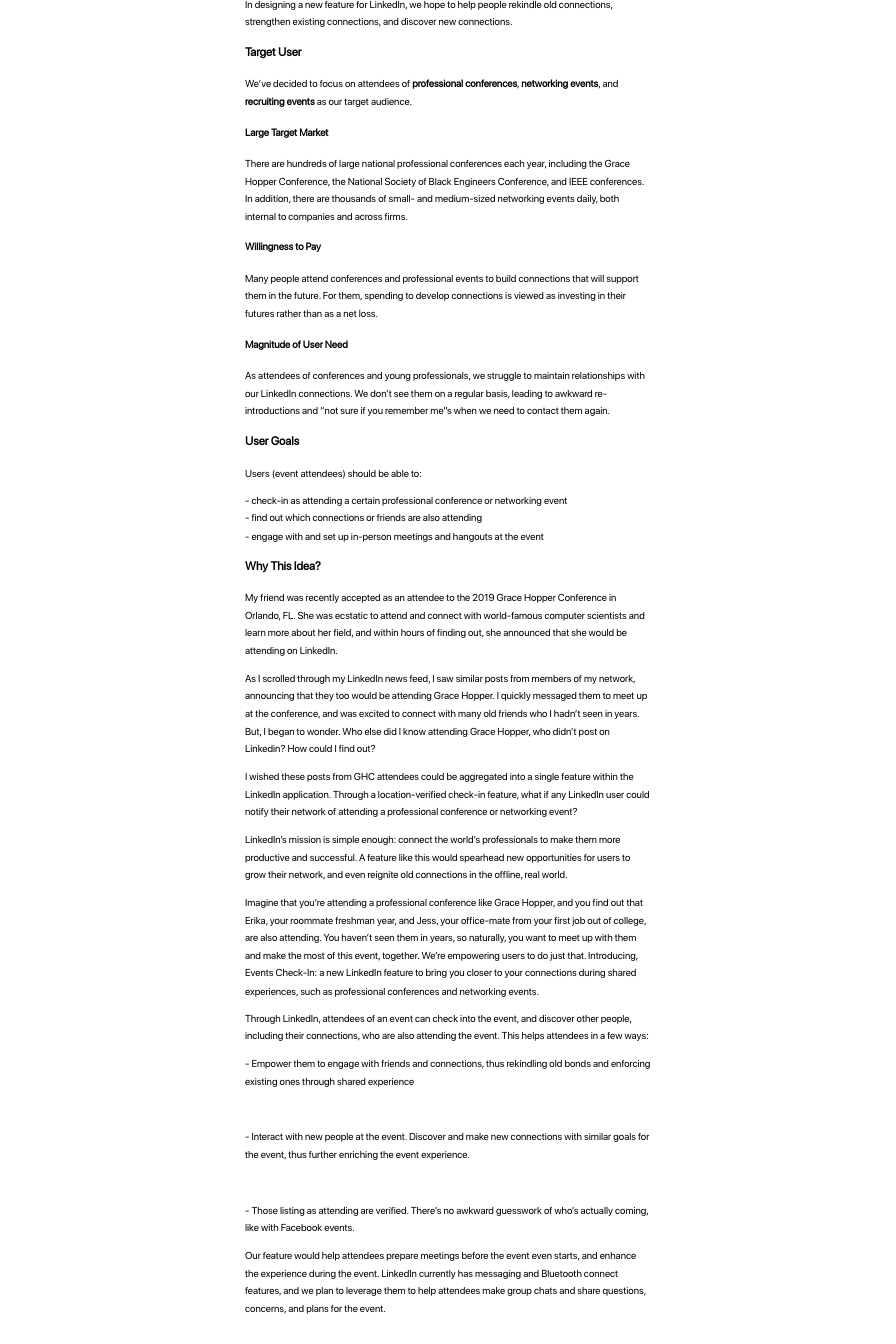
Repository: rdf004/rdf004.github.io
Page: /case1
An editor plug-in stored every save of this project. The page is shown before and after the next save, followed by the edit.
The browser window is 1280 px wide. The pictures show the part of the page from y = 884 to 2804 px (the page is 2804 px tall before and 2725 px after), at 70% of full size.
The project was rebuilt for these pictures with package versions that can differ from the ones it lists, and the page was loaded fresh each time. Also part of the build but not shown: src/Components/About.js, src/Components/Work.js, src/Components/Projects.js, src/Components/Design.js, src/Components/Books.js, src/Components/Resume.js.

Above is the page before, as saved 2019-11-20 21:31:32.

### public/index.html
<!DOCTYPE html>
<html lang="en">
  <head>
    <meta charset="utf-8" />
    <link rel="shortcut icon" href="Startup_Rocket-512.png" />
    <meta name="viewport" content="width=device-width, initial-scale=1" />
    <meta name="theme-color" content="#000000" />
    <meta
      name="description"
      content="Web site created using create-react-app"
    />
    <link rel="apple-touch-icon" href="logo192.png" />
    <!--
      manifest.json provides metadata used when your web app is installed on a
      user's mobile device or desktop. See https://developers.google.com/web/fundamentals/web-app-manifest/
    -->
    <link rel="manifest" href="%PUBLIC_URL%/manifest.json" />
    <!--
      Notice the use of %PUBLIC_URL% in the tags above.
      It will be replaced with the URL of the `public` folder during the build.
      Only files inside the `public` folder can be referenced from the HTML.

      Unlike "/favicon.ico" or "favicon.ico", "%PUBLIC_URL%/favicon.ico" will
      work correctly both with client-side routing and a non-root public URL.
      Learn how to configure a non-root public URL by running `npm run build`.
    -->
    <title>RFizzle's Websizzle</title>
  </head>
  <body>
    <noscript>You need to enable JavaScript to run this app.</noscript>
    <div id="root"></div>
    <!--
      This HTML file is a template.
      If you open it directly in the browser, you will see an empty page.

      You can add webfonts, meta tags, or analytics to this file.
      The build step will place the bundled scripts into the <body> tag.

      To begin the development, run `npm start` or `yarn start`.
      To create a production bundle, use `npm run build` or `yarn build`.
    -->
  </body>
</html>

### src/index.js
import React from 'react';
import ReactDOM from 'react-dom';
import { Route, Link, BrowserRouter as Router } from 'react-router-dom';

import About from './Components/About';
import Work from './Components/Work';
import Projects from './Components/Projects';
import Design from './Components/Design';
import Books from './Components/Books';
import Resume from './Components/Resume';
import Case1 from './Components/Case1';
import * as serviceWorker from './serviceWorker';

const routing = (
    <Router>
      <div>
        <Route exact path="/" component={About} />
        <Route path="/work" component={Work} />
        <Route path="/projects" component={Projects} />
        <Route path="/design" component={Design} />
        <Route path="/books" component={Books} />
        <Route path="/resume" component={Resume} />
        <Route path="/case1" component={Case1} />
      </div>
    </Router>
)

ReactDOM.render(routing, document.getElementById('root'));

// If you want your app to work offline and load faster, you can change
// unregister() to register() below. Note this comes with some pitfalls.
// Learn more about service workers: https://bit.ly/CRA-PWA
serviceWorker.unregister();

### src/Components/Case1.js
import React from 'react';
import Header from './Header';

import '../Style/style.css';

class Case1 extends React.Component {

    render() {
        return (
            <div className="grid-holder">

            <div className="grid-container">
                <Header className="header"/>
                <p className="page-content">
                    <h1>LinkedIn Events Redesign</h1>
                    <p>Over 630 million users have created CVs and professional brands on LinkedIn. Founded in 2002, LinkedIn has transformed into the premier social media site for professional networking, brand building, and job hunting.</p>
                    <p>LinkedIn recently launched an events feature which allows users to create events and advertise them on their news feeds, similar to Facebook events. However, the LinkedIn Events feature has struggled to gain traction, partially because the current feature fails to tie into LinkedIn’s mission of “connecting the world’s professionals”. Hence, my team and I decided to redesign the LinkedIn events feature in order to drive more interpersonal interaction and networking between professionals. To do this, we narrowed our scope to professionals at networking events and conferences because they provide prime opportunities for professionals to meet new connections.</p>
                    <p>My teammates Edward and Prabhav and I collaborated on all work. Each of us had a hand in design, user interviews, and writing. However, I focused more on writing and on the Figma LinkedIn app high-fidelity prototypes.</p>
                    <h2>Background Section</h2>
                    <h3><b>Design Prompt</b></h3>
                    <p><b>“Using a well-known social media app, extend or redesign a feature that helps encourage specific types of people in one’s surrounding area to get to gether in-person and physically interact in a meaningful way.”</b></p>
                    <h3>Project Objectives</h3>
                    <p>In designing a new feature for LinkedIn, we hope to help people rekindle old connections, strengthen existing connections, and discover new connections.</p>
                    <h3>Target User</h3>
                    <p>We’ve decided to focus on attendees of <b>professional conferences</b>, <b>networking events</b>, and <b>recruiting events</b> as our target audience.</p>
                    <h4>Large Target Market</h4>
                    <p>There are hundreds of large national professional conferences each year, including the Grace Hopper Conference, the National Society of Black Engineers Conference, and IEEE conferences. In addition, there are thousands of small- and medium-sized networking events daily, both internal to companies and across firms.</p>
                    <h4>Willingness to Pay</h4>
                    <p>Many people attend conferences and professional events to build connections that will support them in the future. For them, spending to develop connections is viewed as investing in their futures rather than as a net loss.</p>
                    <h4>Magnitude of User Need</h4>
                    <p>As attendees of conferences and young professionals, we struggle to maintain relationships with our LinkedIn connections. We don’t see them on a regular basis, leading to awkward re-introductions and “not sure if you remember me”s when we need to contact them again.</p>
                    <h3>User Goals</h3>
                    <p>Users (event attendees) should be able to:</p>
                    - check-in as attending a certain professional conference or networking event<br/>
                    - find out which connections or friends are also attending<br/>
                    - engage with and set up in-person meetings and hangouts at the event
                    <h3>Why This Idea?</h3>
                    <p>My friend was recently accepted as an attendee to the 2019 Grace Hopper Conference in Orlando, FL. She was ecstatic to attend and connect with world-famous computer scientists and learn more about her field, and within hours of finding out, she announced that she would be attending on LinkedIn.</p>
                    <p>As I scrolled through my LinkedIn news feed, I saw similar posts from members of my network, announcing that they too would be attending Grace Hopper. I quickly messaged them to meet up at the conference, and was excited to connect with many old friends who I hadn’t seen in years. But, I began to wonder. Who else did I know attending Grace Hopper, who didn’t post on Linkedin? How could I find out?</p>
                    <p>I wished these posts from GHC attendees could be aggregated into a single feature within the LinkedIn application. Through a location-verified check-in feature, what if any LinkedIn user could notify their network of attending a professional conference or networking event?</p>
                    <p>LinkedIn’s mission is simple enough: connect the world’s professionals to make them more productive and successful. A feature like this would spearhead new opportunities for users to grow their network, and even reignite old connections in the offline, real world. </p>
                    <p>Imagine that you’re attending a professional conference like Grace Hopper, and you find out that Erika, your roommate freshman year, and Jess, your office-mate from your first job out of college, are also attending. You haven’t seen them in years, so naturally, you want to meet up with them and make the most of this event, together.
We’re empowering users to do just that. Introducing, Events Check-In: a new LinkedIn feature to bring you closer to your connections during shared experiences, such as professional conferences and networking events.</p>
                    <p>Through LinkedIn, attendees of an event can check into the event, and discover other people, including their connections, who are also attending the event. This helps attendees in a few ways:</p>
                    <p>- Empower them to engage with friends and connections, thus rekindling old bonds and enforcing existing ones through shared experience</p><br/>
                    <p>- Interact with new people at the event. Discover and make new connections with similar goals for the event, thus further enriching the event experience.</p><br/>
                    <p>- Those listing as attending are verified. There’s no awkward guesswork of who’s actually coming, like with Facebook events.</p>
                    <p>Our feature would help attendees prepare meetings before the event even starts, and enhance the experience during the event. LinkedIn currently has messaging and Bluetooth connect features, and we plan to leverage them to help attendees make group chats and share questions, concerns, and plans for the event.</p>
                </p>
            </div>

            </div>
        )
    }

}

export default Case1;

### src/Components/Header.js
import React from 'react';
import '../Style/style.css';

class Header extends React.Component {

    render() {
        return (

            <div className="flex-container">
                <p className="name">Roshan Fernando</p>
                <ul className="header-li-elements">
                    <li><a className="list-item-a" href="/">About</a></li>
                    <li>|</li>
                    <li><a className="list-item-a" href="/work">Work</a></li>
                    <li>|</li>
                    <li><a className="list-item-a" href="/projects">Projects</a></li>
                    <li>|</li>
                    <li><a className="list-item-a" href="/design">Design</a></li>
                    <li>|</li>
                    <li><a className="list-item-a" href="/books">Books</a></li>
                    <li>|</li>
                    <li><a className="list-item-a" href="/resume">Resume</a></li>
                </ul>
                <p className="content">{this.about}</p>
            </div>
        )
    }
}

export default Header;

### src/Style/style.css
/* PAGE */

.grid-holder {

}

.grid-container {
    display: grid;
    width: 600px;
    max-width: 100vw;
    margin: auto;

    line-height: 1.75;
}

.page-content {

    font-family: 'SF-Regular';
    font-size: 0.9em;
    color: black;
    padding: 10px;
    padding-top: 0px;
}

/* unvisited link */
.p-a:link {
    color: rgb(105, 196, 248);
    text-decoration: underline;
  }

  /* visited link */
.p-a:visited {
    color: rgb(105, 196, 248);
    text-decoration: underline;
  }

/* mouse over link */
.p-a:hover {
    color: rgb(105, 196, 248);
    text-decoration: underline;
  }

  /* selected link */
.p:active {
    color: rgb(105, 196, 248);
    text-decoration: underline;
  }

/* HEADER */

.flex-container {

    display: flex;
    justify-content: center;
    align-items: center;
    padding-top: 5vh;
    flex-wrap: wrap;

    max-width: inherit;
    min-width: 0;

}


.name {

    text-align: left;
    font-family: 'SF-Heavy';
    color: black;
    font-size: 1.05em;
    max-width: 250px;

    flex: 1;
    padding-left: 10px;

}

.header-li-elements {

    display: flex;
    padding: 0;
    justify-content: flex-end;
    color: black;

    flex: 1;
    padding-right: 10px;

}

li {

    list-style-type: none;
    padding: 2px;
    font-family: 'SF-Regular';
    font-size: 1.05em;
    color: black;

}

.content {
    width: 1000px;
    max-width: inherit;
}

body, html {

    margin: 0;
    padding: 0;
    background-color: white;

}

/* unvisited link */
.list-item-a:link {
    color: black;
    text-decoration: none;
  }

  /* visited link */
.list-item-a:visited {
    color: black;
    text-decoration: none;
  }

/* mouse over link */
.list-item-a:hover {
    color: rgb(0, 162, 255);
    text-decoration: none;
  }

  /* selected link */
.list-item-a:active {
    color: black;
    text-decoration: none;
  }

@font-face {
    src: url('./SF-Pro-Display-Heavy.otf');
    font-family: 'SF-Heavy';
}

@font-face {
    src: url('./SF-Pro-Display-Regular.otf');
    font-family: 'SF-Regular';
}

@font-face {
    src: url('./SF-Pro-Display-Thin.otf');
    font-family: 'SF-Thin';
}

Loaded but not shown: src/serviceWorker.js (common file)

After the next save:
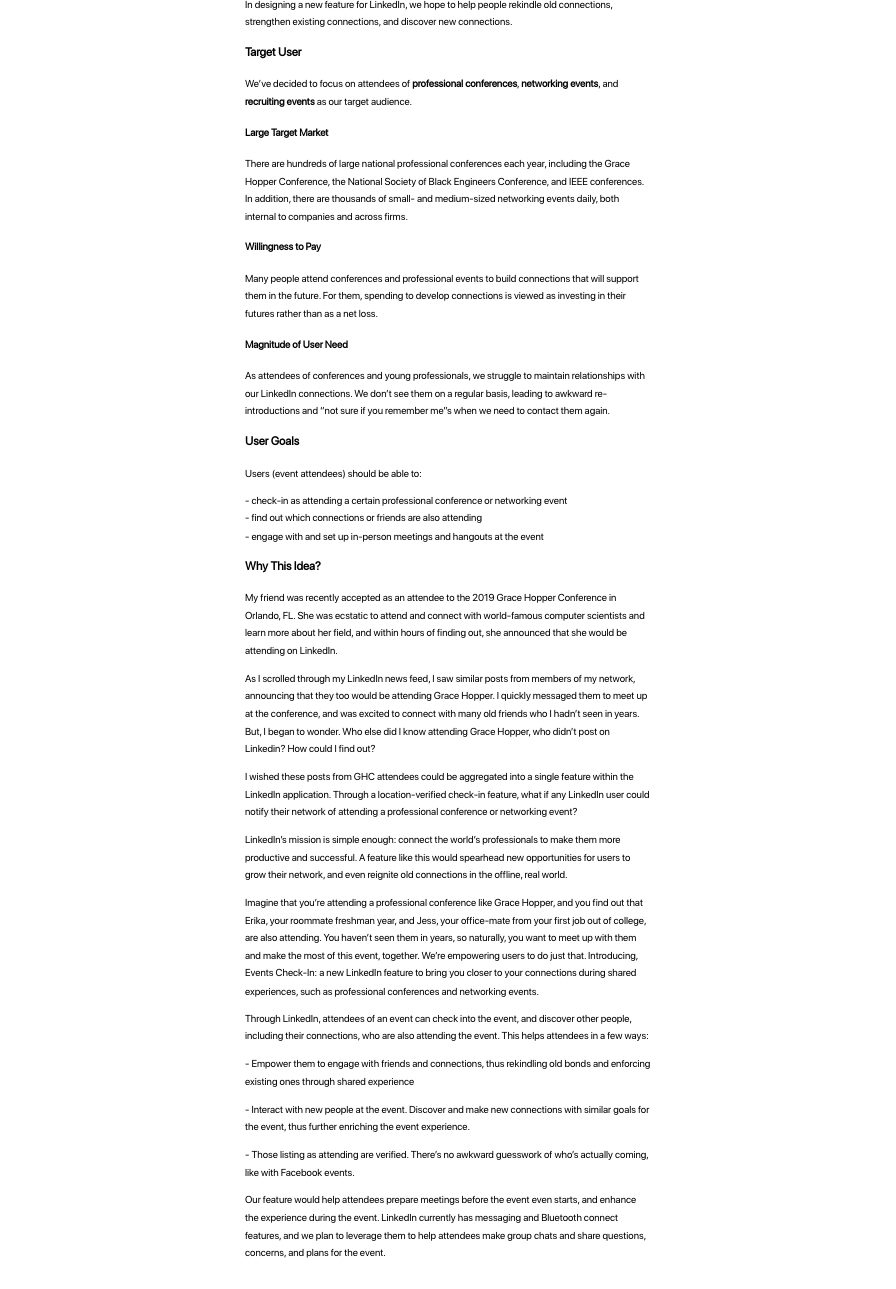
Saved 11 s later.
--- a/src/Components/Case1.js
+++ b/src/Components/Case1.js
@@ -42,8 +42,8 @@
                     <p>Imagine that you’re attending a professional conference like Grace Hopper, and you find out that Erika, your roommate freshman year, and Jess, your office-mate from your first job out of college, are also attending. You haven’t seen them in years, so naturally, you want to meet up with them and make the most of this event, together.
 We’re empowering users to do just that. Introducing, Events Check-In: a new LinkedIn feature to bring you closer to your connections during shared experiences, such as professional conferences and networking events.</p>
                     <p>Through LinkedIn, attendees of an event can check into the event, and discover other people, including their connections, who are also attending the event. This helps attendees in a few ways:</p>
-                    <p>- Empower them to engage with friends and connections, thus rekindling old bonds and enforcing existing ones through shared experience</p><br/>
-                    <p>- Interact with new people at the event. Discover and make new connections with similar goals for the event, thus further enriching the event experience.</p><br/>
+                    <p>- Empower them to engage with friends and connections, thus rekindling old bonds and enforcing existing ones through shared experience</p>
+                    <p>- Interact with new people at the event. Discover and make new connections with similar goals for the event, thus further enriching the event experience.</p>
                     <p>- Those listing as attending are verified. There’s no awkward guesswork of who’s actually coming, like with Facebook events.</p>
                     <p>Our feature would help attendees prepare meetings before the event even starts, and enhance the experience during the event. LinkedIn currently has messaging and Bluetooth connect features, and we plan to leverage them to help attendees make group chats and share questions, concerns, and plans for the event.</p>
                 </p>
